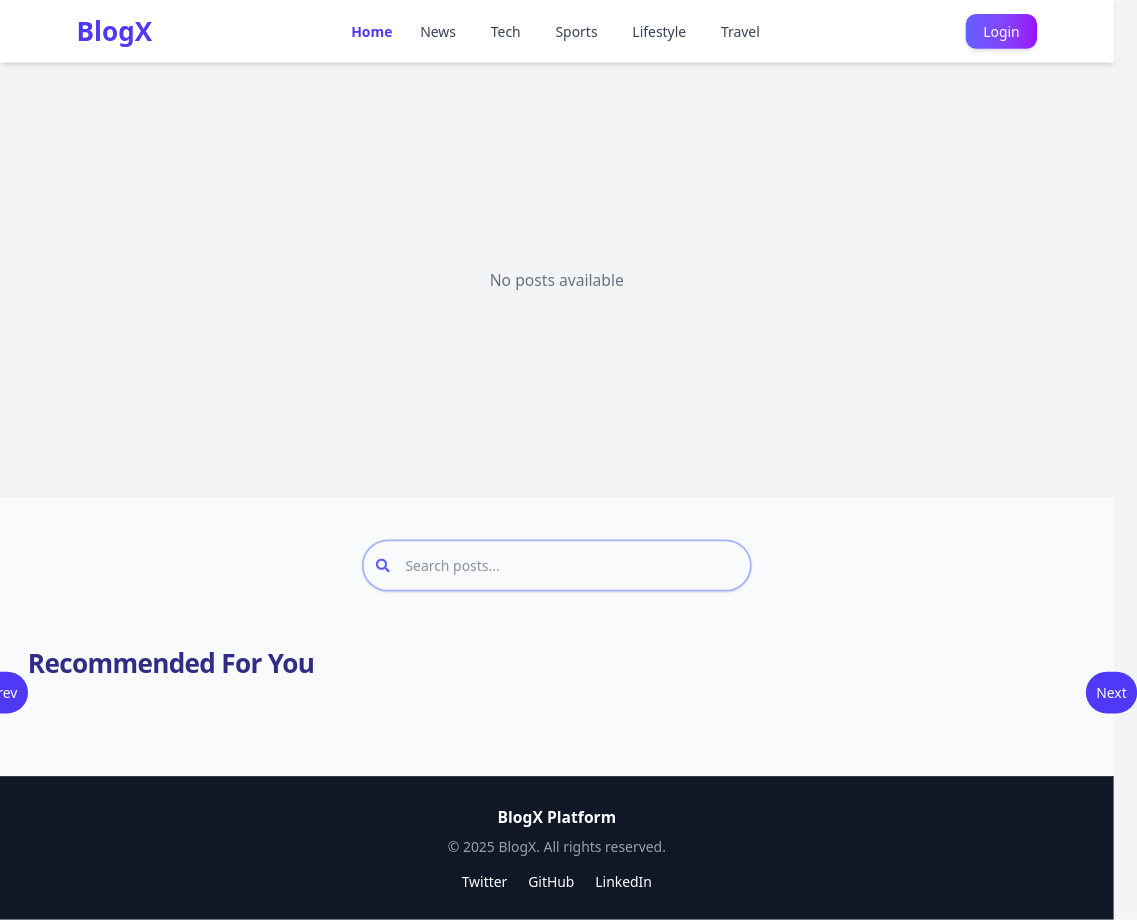
Repository: kundanchouhan12/BlogX
Page: / (app in blogx-Frontend/)
The author's editor kept a copy of each file at every save. The page is drawn from the files as they stood at one save, then again after the next save.
The browser window is 1280 px wide. The page is 1307 px wide, so the pictures cover 1307 px, including what lies to the right of the window. The pictures show the whole page, at 87% of full size.
The page's requests for data from a server got no answer. The project was rebuilt for these pictures with package versions that can differ from the ones it lists, and the page was loaded fresh each time. No one was signed in, and anything a server would have sent is missing. Also part of the build but not shown: blogx-Frontend/vite.config.js, blogx-Frontend/src/pages/Login.jsx, blogx-Frontend/src/pages/Signup.jsx, blogx-Frontend/src/pages/CreatePost.jsx, blogx-Frontend/src/components/PrivateRoute.jsx, blogx-Frontend/src/pages/BlogDetails.css, blogx-Frontend/src/pages/BlogDetails.jsx, blogx-Frontend/src/components/UpdatePost.jsx.

Above is the page before, as saved 2025-09-23 20:18:57.

After the next save:
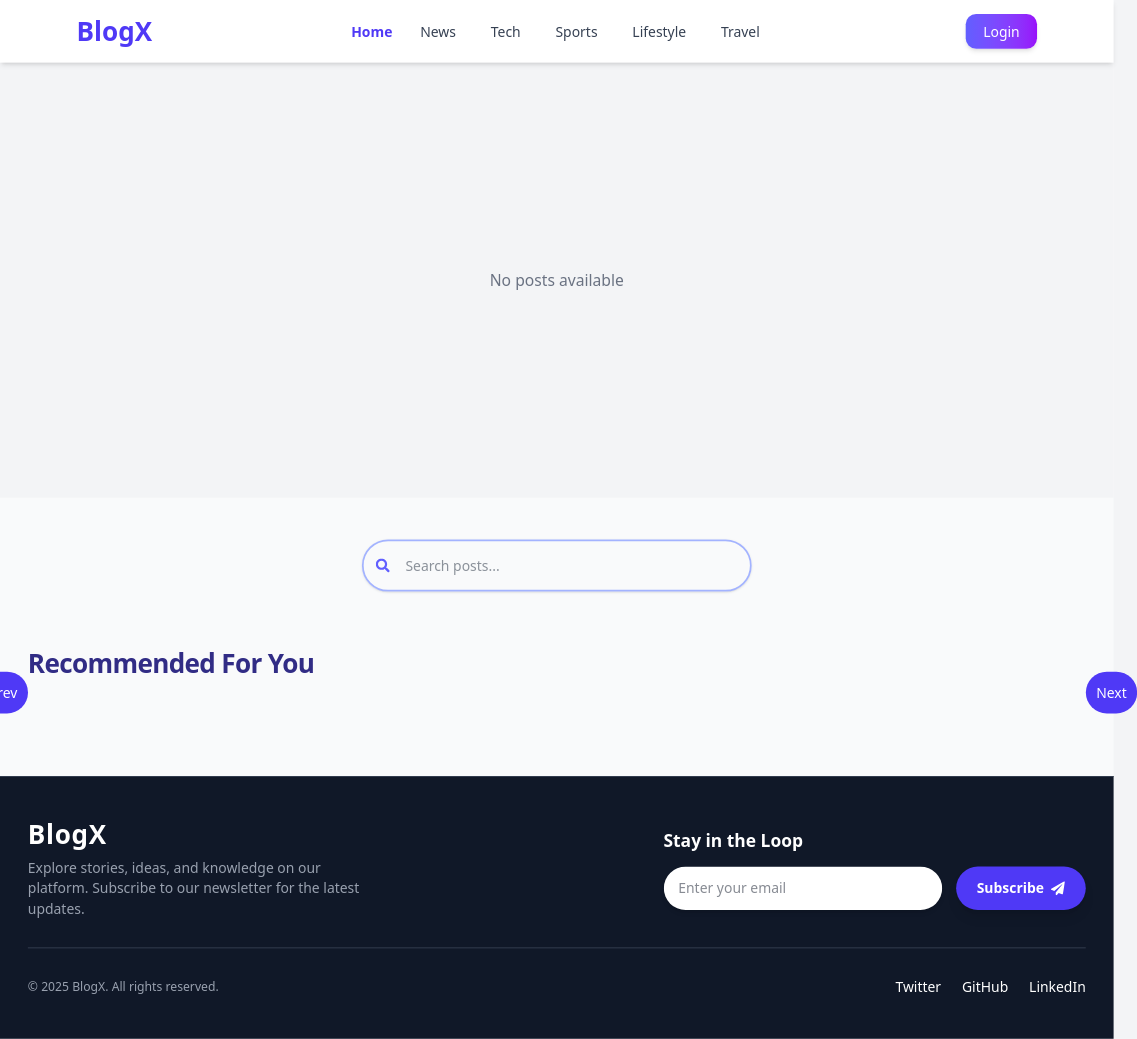
Saved 99 s later.
--- a/blogx-Frontend/src/components/Footer.jsx
+++ b/blogx-Frontend/src/components/Footer.jsx
@@ -1,36 +1,95 @@
+import { useState } from "react";
+import { FaPaperPlane } from "react-icons/fa";
+
 export default function Footer() {
+  const [email, setEmail] = useState("");
+
+  const handleSubscribe = (e) => {
+    e.preventDefault();
+    if (email) {
+      // Here you would typically handle the subscription logic, e.g., send the email to your backend API
+      console.log("Subscribing with email:", email);
+      alert(`Thank you for subscribing, ${email}!`);
+      setEmail(""); // Clear the input field
+    }
+  };
+
   return (
-<footer className="bg-gray-900 text-white py-8 mt-auto border-t border-gray-700">
-      <div className="max-w-7xl mx-auto px-4 sm:px-6 lg:px-8 text-center">
-        <p className="text-lg font-semibold">BlogX Platform</p>
-        <p className="mt-2 text-gray-400">
-          © {new Date().getFullYear()} BlogX. All rights reserved.
-        </p>
-        <div className="flex justify-center gap-6 mt-4">
-          <a
-            href="https://twitter.com"
-            target="_blank"
-            rel="noreferrer"
-            className="hover:text-indigo-400"
-          >
-            Twitter
-          </a>
-          <a
-            href="https://github.com/kundanchouhan12"
-            target="_blank"
-            rel="noreferrer"
-            className="hover:text-indigo-400"
-          >
-            GitHub
-          </a>
-          <a
-            href="https://www.linkedin.com/in/kundansinghchouhan"
-            target="_blank"
-            rel="noreferrer"
-            className="hover:text-indigo-400"
-          >
-            LinkedIn
-          </a>
+    <footer className="bg-gray-900 text-white py-12 mt-auto border-t border-gray-700">
+      <div className="max-w-7xl mx-auto px-4 sm:px-6 lg:px-8">
+        <div className="flex flex-col md:flex-row md:justify-between md:items-center text-center md:text-left">
+          {/* Main Footer Info */}
+          <div className="mb-8 md:mb-0">
+            <h3 className="text-3xl font-extrabold text-white tracking-wide">
+              BlogX
+            </h3>
+            <p className="mt-2 text-gray-400 max-w-sm">
+              Explore stories, ideas, and knowledge on our platform. Subscribe
+              to our newsletter for the latest updates.
+            </p>
+          </div>
+
+          {/* Newsletter Subscription Form */}
+          <div className="w-full md:w-auto">
+            <h4 className="text-xl font-semibold mb-4 text-white">
+              Stay in the Loop
+            </h4>
+            <form onSubmit={handleSubscribe} className="flex flex-col sm:flex-row gap-4">
+              <input
+                type="email"
+                placeholder="Enter your email"
+                value={email}
+                onChange={(e) => setEmail(e.target.value)}
+                required
+                className="w-full sm:w-80 px-4 py-3 rounded-full text-gray-900 bg-white border border-transparent focus:outline-none focus:ring-2 focus:ring-indigo-500 transition-all duration-300 shadow-md"
+              />
+              <button
+                type="submit"
+                className="w-full sm:w-auto flex items-center justify-center gap-2 px-6 py-3 rounded-full bg-indigo-600 text-white font-semibold hover:bg-indigo-700 transition-colors duration-300 shadow-lg"
+              >
+                Subscribe <FaPaperPlane />
+              </button>
+            </form>
+          </div>
+        </div>
+
+        {/* Separator */}
+        <hr className="my-8 border-gray-700" />
+
+        {/* Copyright and Social Links */}
+        <div className="flex flex-col sm:flex-row justify-between items-center">
+          <p className="text-sm text-gray-400 mb-4 sm:mb-0">
+            © {new Date().getFullYear()} BlogX. All rights reserved.
+          </p>
+          <div className="flex justify-center gap-6">
+            <a
+              href="https://twitter.com"
+              target="_blank"
+              rel="noreferrer"
+              className="hover:text-indigo-400 transition-colors"
+              aria-label="Twitter"
+            >
+              Twitter
+            </a>
+            <a
+              href="https://github.com/kundanchouhan12"
+              target="_blank"
+              rel="noreferrer"
+              className="hover:text-indigo-400 transition-colors"
+              aria-label="GitHub"
+            >
+              GitHub
+            </a>
+            <a
+              href="https://www.linkedin.com/in/kundansinghchouhan"
+              target="_blank"
+              rel="noreferrer"
+              className="hover:text-indigo-400 transition-colors"
+              aria-label="LinkedIn"
+            >
+              LinkedIn
+            </a>
+          </div>
         </div>
       </div>
     </footer>
